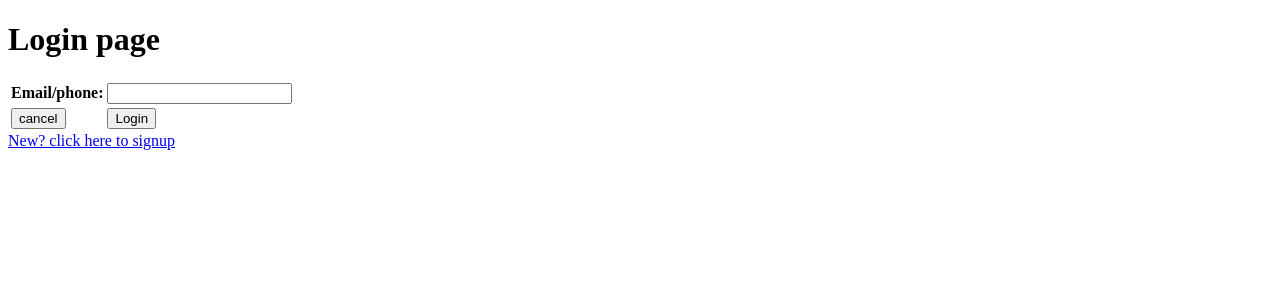
Repository: Sindhusrinivas25/Spring_calculator-project
Page: http://localhost/mvc_signup_login/login.jsp
An editor plug-in stored every save of this project. The page is shown before and after the next save, followed by the edit.
The browser window is 1280 px wide. The pictures show the whole page.
The page is served by Tomcat 9.

Above is the page before, as saved 2023-02-11 12:52:50.

After the next save:
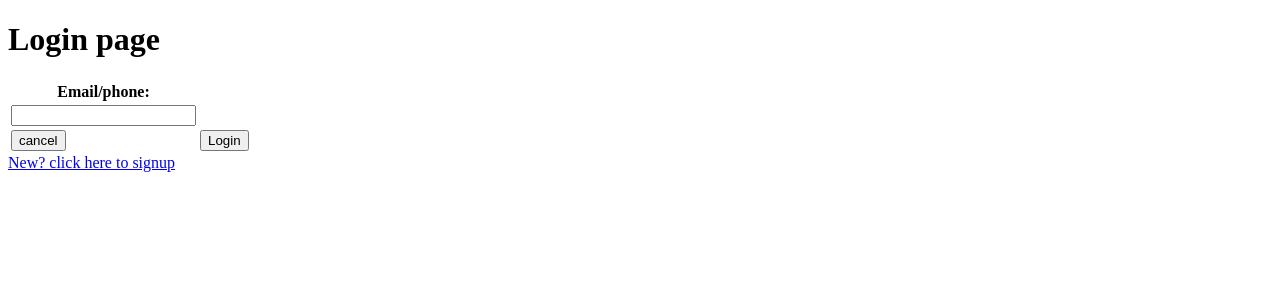
Saved 52 s later.
--- a/mvc_signup_login/src/main/webapp/login.jsp
+++ b/mvc_signup_login/src/main/webapp/login.jsp
@@ -12,8 +12,9 @@
 <table>
 <tr>
 <th>Email/phone:</th>
-
-<th> <input type="password" name="pwd"></th>
+</tr>
+<tr>
+<td> <input type="password" name="pwd"></td>
 </tr>
 <tr>
 <td><button type="reset">cancel</button>
